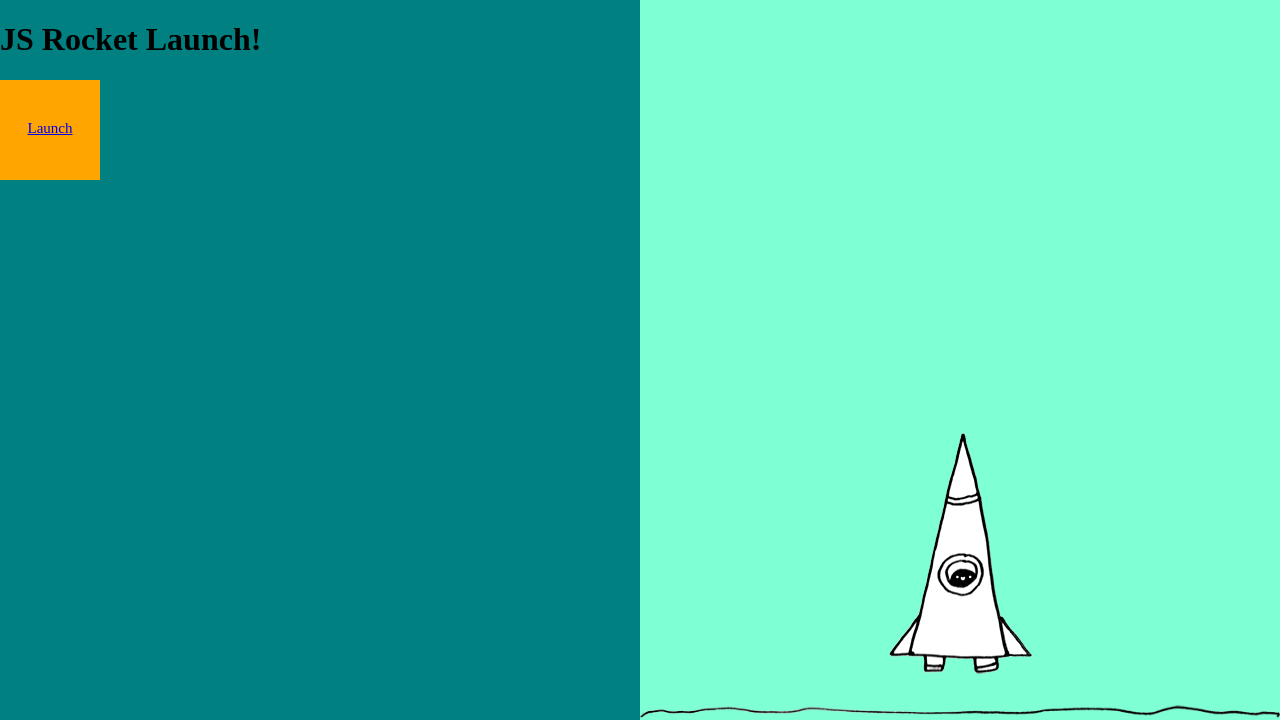
Repository: alcarrizo/Rocket-launch
Page: index.html
The author's editor kept a copy of each file at every save. The page is drawn from the files as they stood at one save, then again after the next save.
The browser window is 1280 px wide. The pictures show the whole page.

Above is the page before, as saved 2022-10-20 17:06:57.

### index.html
<!DOCTYPE html>
<html lang="en">
<head>
    <meta charset="UTF-8">
    <meta http-equiv="X-UA-Compatible" content="IE=edge">
    <meta name="viewport" content="width=device-width, initial-scale=1.0">
    <title>Rocket Launch sequence</title>
    <script type="text/javascript" src="js/script.js"> </script>
    <link rel="stylesheet" href="css/style.css">
</head>
<body class="body-state1" id="body">
    <div class="left">
        <div class="state1">
            <h1>JS Rocket Launch!</h1>
            <a href="#" class="button" onclick="changeState(2);">Launch</a>
        </div>
        <div class="state2">
            <h1 class="countdown" id="countdown">10</h1>
            <a href="#" class="button" onclick="changeState(1);">Abort</a>
        </div>
        <div class="state3">
            <h1>Lift Off!</h1>
        </div>
        <div class="state4">
            <h1>Well done!</h1>
            <a href="#" class="button" onclick="changeState(1);">Do it again</a>
        </div>
        <div class="state5">
            <h1>Oh No!!!!</h1>
            <a href="#" class="button" onclick="changeState(1);">Try Again!</a>
        </div>
    </div>

    <div class="right">
        <div class="rocket" id="rocket"></div>
        <div class="ground"></div>
    </div>
</body>
</html>

### js/script.js
/*var countDown = function (i) {
    console.log(i)
    setTimeout(function () {
        i--
        document.getElementById("countdown").innerHTML = i;
        if (document.getElementById('body').className != 'body-state1') {
            if (i > 0) {
                countDown(i)
            }
            else {
                changeState(3)
            }
        }

    }, 1000)
}*/
var timer = null;
var CountDownNum = 10;
var changeState = function (state) {
    document.body.className = 'body-state' + state;
    clearInterval(timer);
    if (state != 2 && document.getElementById('countdown').innerHTML != 10) {
        CountDownNum = 10;
        document.getElementById('countdown').innerHTML = CountDownNum;
    }
    if (state == 2) {
        timer = setInterval(() => {
            CountDownNum -= 1;
            document.getElementById('countdown').innerHTML = CountDownNum;

            if (CountDownNum <= 0) {
                changeState(3);

            }
        }, 200);
    }
    else if (state == 3) {
        var success = setTimeout(() => {
            var randomNum = Math.round(Math.random() * 10)
            //success
            console.log('random number: ' + randomNum)
            if (randomNum > 5) {
                changeState(4)
            }
            else {
                //fail
                changeState(5)
            }

        }, 2000);
    }
    // if (state == 1) {
    //     document.body.className = 'body-state1'
    // }
    // else if (state == 2) {
    //     document.body.className = 'body-state2'
    //     countDown(10)
    //     // for (let i = 10; i >= 0; i--) {
    //     //     setTimeout()
    //     //     document.getElementById("countdown").innerHTML = i;
    //     // }
    // }
    // else if (state == 3) {
    //     document.body.className = 'body-state3'
    //     document.getElementById('rocket').className = 'rocket flying';
    // }
    // else if (state == 4) {
    //     document.body.className = 'body-state4'
    // }
    // else {
    //     document.body.className = 'body-state5'
    // }
    // for (let i = 10; i >= 0; i--) {
    //     bdy.content = i;
    // }
    //document.getElementById('rocket').className = 'rocket flying';
}

### css/style.css
body {
    position: relative;
}

.left {
    position: fixed;
    box-sizing: border-box;
    width: 50%;
    height: 100%;
    top: 0;
    left: 0;
    background-color: teal;
}

.right {
    position: fixed;
    box-sizing: border-box;
    width: 50%;
    height: 100%;
    top: 0;
    right: 0;
    background-color: aquamarine;
}

.rocket {
    position: absolute;
    left: 50%;
    bottom: 15px;
    width: 143px;
    height: 272px;
    background: url("../img/rocket-state1.png") no-repeat 0 0;
    background-size: 100%;
    transition: bottom 10s;
    margin-left: -71.5px;

}

.body-state1 .rocket {
    transition: none;

}


.body-state2 .rocket {

    background: url("../img/rocket-state2.gif") no-repeat 0 0;
    background-size: 100%;
}

.body-state3 .rocket,
.body-state4 .rocket {
    bottom: 1000px;
    background: url("../img/rocket-state3.gif") no-repeat 0 0;
    background-size: 100%;
}

.body-state5 .rocket {
    width: 209px;
    height: 200px;
    background: url("../img/boom.png") no-repeat 0 0;
    background-size: 100%;
}

.ground {
    position: absolute;
    bottom: 0;
    left: 0;
    background: url("../img/ground.png") no-repeat 0 0;
    background-size: 100%;
    width: 100%;
    height: 15px;

}

/* .ground {
    background-color: green;
    position: absolute;
    bottom: 0;
    left: 0;
    width: 100%;
    height: 20px;
} */

a {}

a.button {
    display: block;
    box-sizing: border-box;
    text-align: center;
    padding-top: 40px;
    height: 100px;
    width: 100px;
    font-size: 15px;
    background-color: orange;

}

.state1,
.state2,
.state3,
.state4,
.state5 {
    display: none;
}

body.body-state1 .state1 {
    display: block;
}

body.body-state2 .state2 {
    display: block;
}

body.body-state3 .state3 {
    display: block;
}

body.body-state4 .state4 {
    display: block;
}

body.body-state5 .state5 {
    display: block;
}

After the next save:
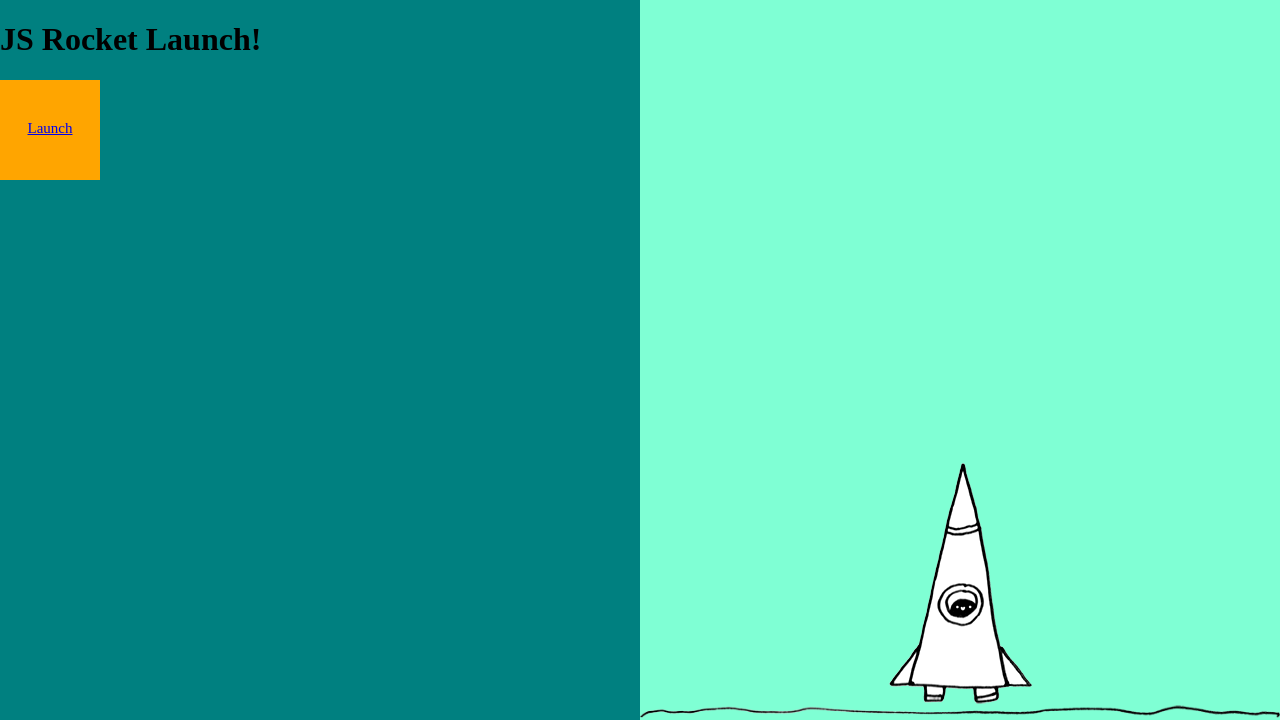
Saved 10 s later.
--- a/css/style.css
+++ b/css/style.css
@@ -25,7 +25,7 @@ body {
 .rocket {
     position: absolute;
     left: 50%;
-    bottom: 15px;
+    bottom: -15px;
     width: 143px;
     height: 272px;
     background: url("../img/rocket-state1.png") no-repeat 0 0;
